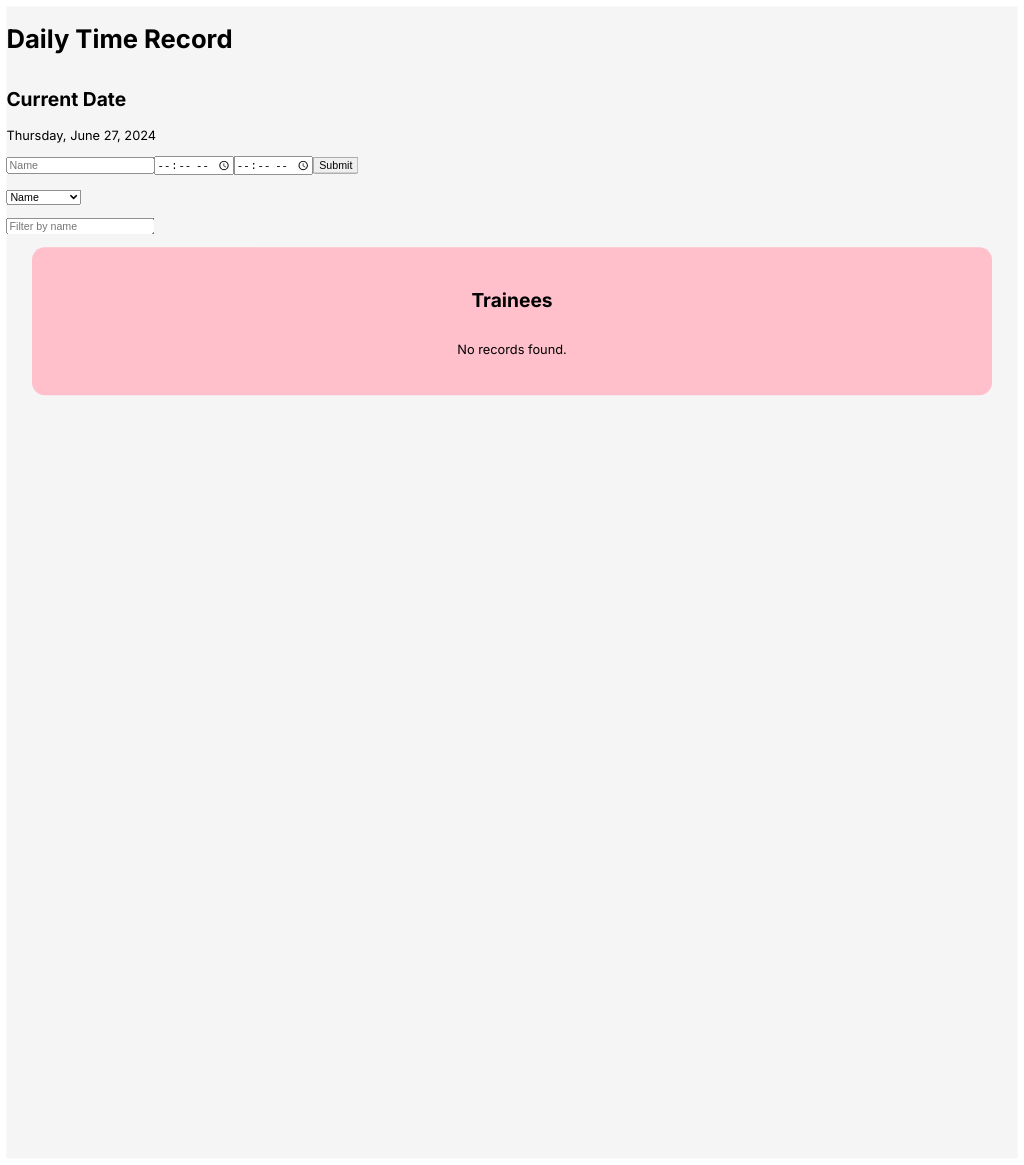
Repository: EeeeeEyyyy/daily_time_record
Page: /
These files come from the project's save history. The page is drawn as it stood at one moment and after the next save; the edit follows.
The browser window is 1280 px wide. The pictures show the whole page, at 80% of full size.
The project was rebuilt for these pictures with package versions that can differ from the ones it lists, and the page was loaded fresh each time. The framework's server and built-in components were replaced by stand-ins that run in the browser. Also part of the build but not shown: next.config.mjs, src/app/globals.css.

Above is the page before, as saved 2024-06-27 15:25:14.

### src/app/layout.js
import { Inter } from "next/font/google";
import "./globals.css";

const inter = Inter({ subsets: ["latin"] });

export const metadata = {
  title: "Daily Time Record",
  description: "Generated by create next app",
};

export default function RootLayout({ children }) {
  return (
    <html lang="en">
      <body className={inter.className}>{children}</body>
    </html>
  );
}

### src/app/page.js
"use client";
import React, { useEffect, useState } from 'react';
import styles from './page.module.css';
const DailyTimeRecord = () => {
  const [data, setData] = useState([]);
  const [name, setName] = useState('');
  const [arrivalTime, setArrivalTime] = useState('');
  const [timeOut, setTimeOut] = useState('');
  const [date, setDate] = useState('');
  const [errors, setErrors] = useState({ name: '', arrivalTime: '', timeOut: '' });
  const [filter, setFilter] = useState('');
  const [filterType, setFilterType] = useState('name');
  const [editIndex, setEditIndex] = useState(null);
  useEffect(() => {
    const storedData = JSON.parse(localStorage.getItem('user')) || [];
    setData(storedData);
    setDate(getCurrentDate());
  }, []);
  const getCurrentDate = () => {
    const now = new Date();
    return now.toLocaleDateString('en-US', {
      weekday: 'long',
      year: 'numeric',
      month: 'long',
      day: 'numeric'
    });
  };
  const formatTimeForInput = (time) => {
    const date = new Date();
    const [hours, minutes] = time.split(':');
    date.setHours(hours);
    date.setMinutes(minutes);
    return date.toTimeString().slice(0, 5);
  };
  const handleChangeName = (value) => {
    setName(value);
  };
  const handleChangeArrivalTime = (value) => {
    setArrivalTime(value);
  };
  const handleChangeTimeOut = (value) => {
    setTimeOut(value);
  };
  const handleSubmit = () => {
    const newErrors = {
      name: name ? '' : 'Name is required',
      arrivalTime: arrivalTime ? '' : 'Arrival time is required',
      timeOut: timeOut ? '' : 'Time out is required'
    };
    if (newErrors.name || newErrors.arrivalTime || newErrors.timeOut) {
      setErrors(newErrors);
      return;
    }
    const payload = {
      name,
      date,
      arrivalTime: formatTimeForInput(arrivalTime),
      timeOut: formatTimeForInput(timeOut)
    };
    if (editIndex !== null) {
      const updatedData = data.map((item, index) =>
        index === editIndex ? payload : item
      );
      setData(updatedData);
      localStorage.setItem('user', JSON.stringify(updatedData));
      setEditIndex(null);
    } else {
      const updatedData = [...data, payload];
      setData(updatedData);
      localStorage.setItem('user', JSON.stringify(updatedData));
    }
    setName('');
    setArrivalTime('');
    setTimeOut('');
    setErrors({ name: '', arrivalTime: '', timeOut: '' });
  };
  const handleDelete = (index) => {
    const updatedData = data.filter((_, i) => i !== index);
    setData(updatedData);
    localStorage.setItem('user', JSON.stringify(updatedData));
  };
  const handleEdit = (index) => {
    const record = data[index];
    setName(record.name);
    setArrivalTime(record.arrivalTime);
    setTimeOut(record.timeOut);
    setEditIndex(index);
  };
  const handleFilterChange = (e) => {
    setFilter(e.target.value);
  };
  const handleFilterTypeChange = (e) => {
    setFilterType(e.target.value);
  };
  const filteredData = data.filter((item) => {
    const searchTerm = filter.toLowerCase();
    if (filterType === 'name') {
      return item.name.toLowerCase().includes(searchTerm);
    } else if (filterType === 'date') {
      return item.date.toLowerCase().includes(searchTerm);
    } else if (filterType === 'arrivalTime') {
      return item.arrivalTime.toLowerCase().includes(searchTerm);
    } else if (filterType === 'timeOut') {
      return item.timeOut.toLowerCase().includes(searchTerm);
    }
    return false;
  });
  return (
    <div className={styles.main}>
              <h1>Daily Time Record</h1>
      <div>
        <h2>Current Date</h2>
        <p>{date}</p>
      </div>
<div>
        <input
        type="text"
        placeholder="Name"
        value={name}
        onChange={(e) => handleChangeName(e.target.value)}
      />
      {errors.name && <p style={{ color: 'red' }}>{errors.name}</p>}
      <input
        type="time"
        placeholder="Time of Arrival"
        value={arrivalTime}
        onChange={(e) => handleChangeArrivalTime(e.target.value)}
      />
      {errors.arrivalTime && <p style={{ color: 'red' }}>{errors.arrivalTime}</p>}
      <input
        type="time"
        placeholder="Time Out"
        value={timeOut}
        onChange={(e) => handleChangeTimeOut(e.target.value)}
      />
      {errors.timeOut && <p style={{ color: 'red' }}>{errors.timeOut}</p>}
      <button onClick={handleSubmit}>
        {editIndex !== null ? 'Update' : 'Submit'}
      </button>
      <div style={{ marginTop: '1rem' }}>
        <select value={filterType} onChange={handleFilterTypeChange}>
          <option value="name">Name</option>
          <option value="date">Date</option>
          <option value="arrivalTime">Arrival Time</option>
          <option value="timeOut">Time Out</option>
        </select>
        <input
          type="text"
          placeholder={`Filter by ${filterType}`}
          value={filter}
          onChange={handleFilterChange}
          style={{ display: 'block', marginTop: '1rem' }}
        />
      </div>
</div>
      <div className={styles.trainees_m}style={{ marginTop: '1rem' }}>
        <h2>Trainees</h2>
        {filteredData.length > 0 ? (
          filteredData.map((item, index) => (
            <div className={styles.trainees} key={index} style={{ marginBottom: '1rem' }}>
         <div className={styles.details}>
               <pre >
                <span className={styles.details_b}>Name:</span> {item.name}<br />
                <span className={styles.details_b}>Date:</span> {item.date}<br />
                <span className={styles.details_b}>Time of Arrival:</span> {item.arrivalTime}<br />
                <span className={styles.details_b}>Time Out:</span> {item.timeOut}
              </pre>
         </div>
             <div className={styles.button_e_d}> <button onClick={() => handleEdit(index)}>Edit</button>
              <button onClick={() => handleDelete(index)}>Delete</button></div>
            </div>
          ))
        ) : (
          <p>No records found.</p>
        )}
      </div>
    </div>
  );
};
export default DailyTimeRecord;

### src/app/page.module.css
.main{
    background-color: #f5f5f5;
    height: 200vh;
    display:flex;
    flex-direction:column;
}
.trainees_m{
border-radius:1rem;
background:pink;
padding:2rem;
margin:2rem;
display:flex ;
flex-direction:column;
align-items: center;
}
.trainees{
    display: flex;
    flex-direction: row;
    justify-content:space-between;
    background: rgba( 255, 255, 255, 0.25 );
box-shadow: 0 8px 32px 0 rgba( 31, 38, 135, 0.37 );
backdrop-filter: blur( 4px );
-webkit-backdrop-filter: blur( 4px );
border-radius: 1rem;
border: 1px solid rgba( 255, 255, 255, 0.18 );
    margin:1rem 2rem;
    padding: 1rem 2.5rem;
    width:30rem;
}
.details_b{
    font-weight: bold;
}
.button_e_d{
    display: flex;
    flex-direction: row;
    justify-content:center;
    gap:1rem;
    height:2rem;
    align-items: center;
    padding-top:1.8rem;

}

After the next save:
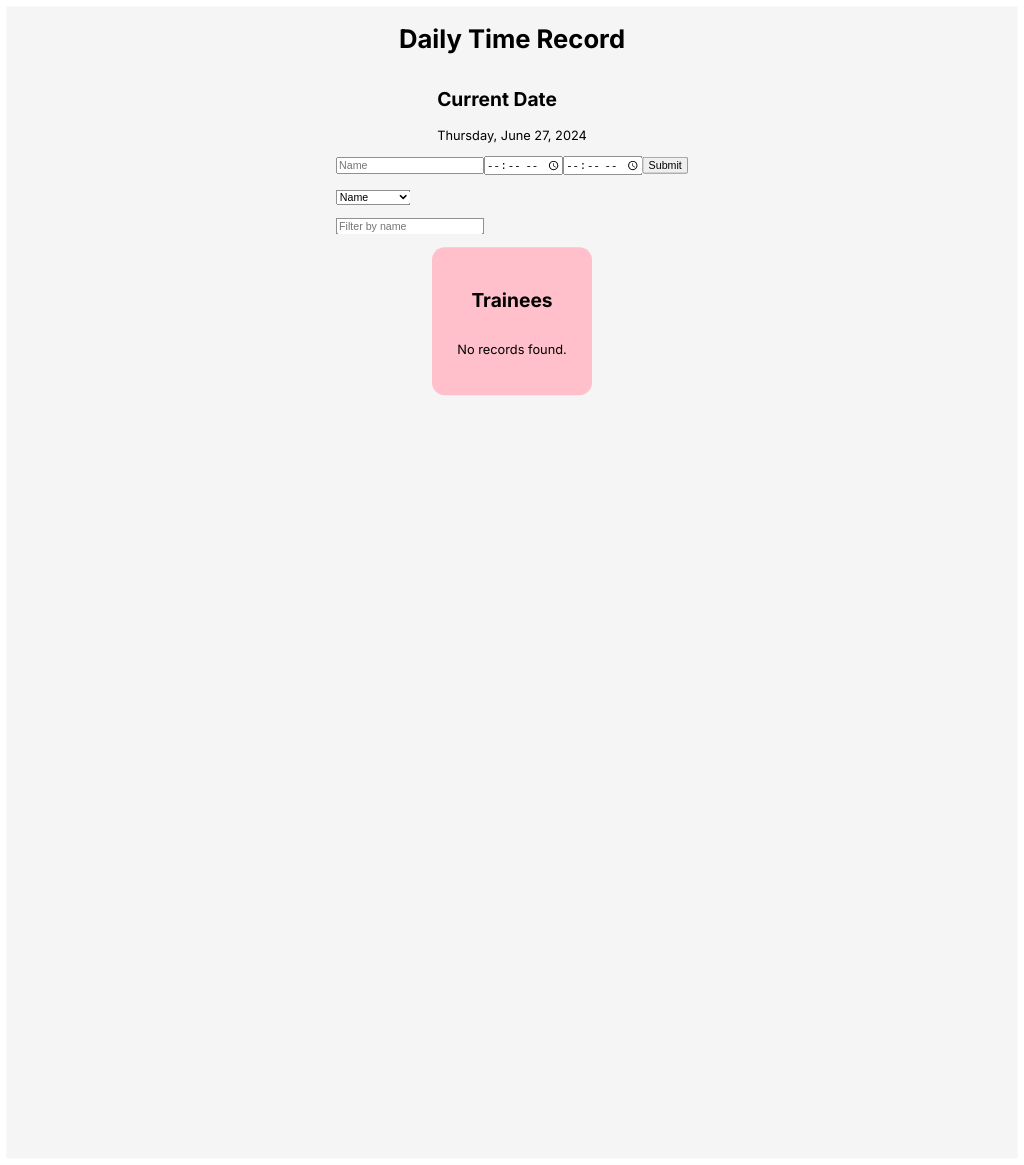
Saved 23 s later.
--- a/src/app/page.module.css
+++ b/src/app/page.module.css
@@ -3,6 +3,7 @@
     height: 200vh;
     display:flex;
     flex-direction:column;
+    align-items:center;
 }
 .trainees_m{
 border-radius:1rem;
